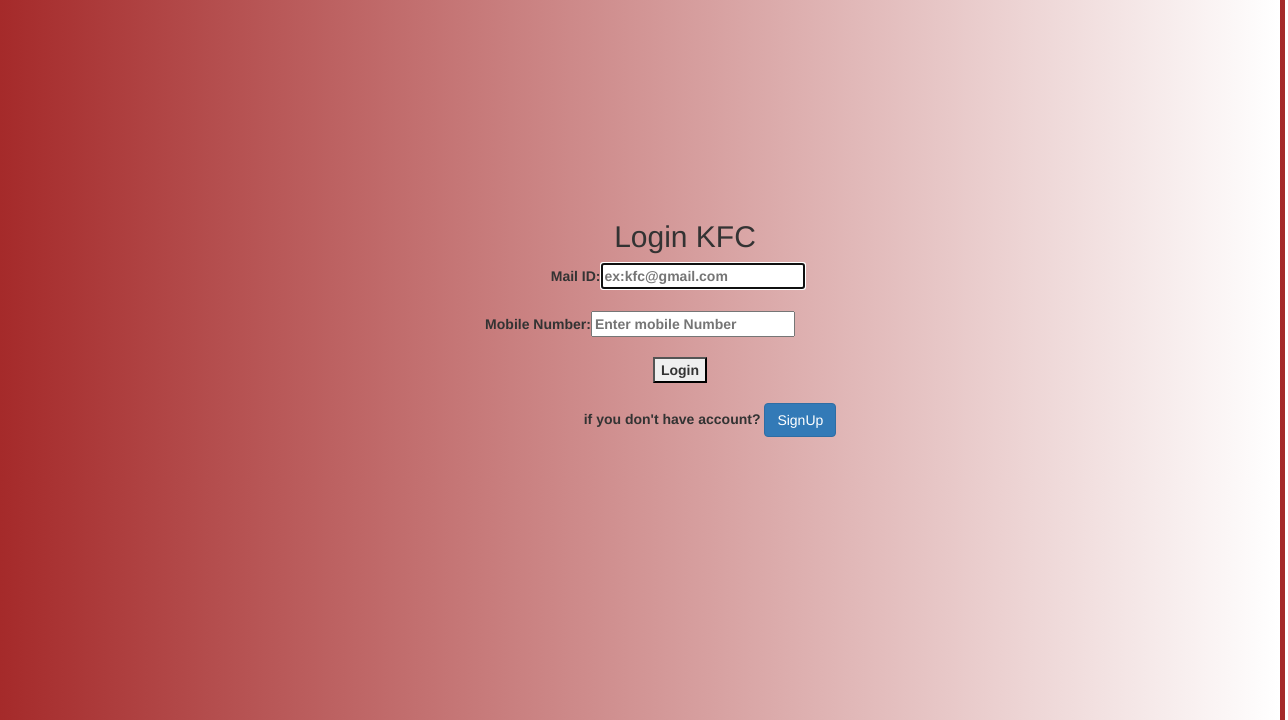
Repository: selvakumar46/Project-Maven
Page: http://localhost/ProjectKFC/login.jsp
The author's editor kept a copy of each file at every save. The page is drawn from the files as they stood at one save, then again after the next save.
The browser window is 1280 px wide. The page is 1285 px wide, then 1288 px, so the pictures cover 1288 px, including what lies to the right of the window. The pictures show the whole page.
Some web libraries are served in a nearby version. The page is served by Tomcat 9. Nobody is signed in. The application's start-up code is not run. Other server files are loaded and not shown.

Above is the page before, as saved 2022-01-20 11:27:49.
Console error (its wording comes from the project's code and is left out).

### ProjectKFC/src/main/webapp/login.jsp
<%@ page language="java" contentType="text/html; charset=ISO-8859-1"
	pageEncoding="ISO-8859-1"%>
<!DOCTYPE html>
<html lang="en">
<head>
<meta charset="UTF-8">
<meta http-equiv="X-UA-Compatible" content="IE=edge">
<meta name="viewport" content="width=device-width, initial-scale=1.0">
<title>Login KFC</title>
<link href="https://cdn.jsdelivr.net/npm/bootstrap@5.1.3/dist/css/bootstrap.min.css" rel="stylesheet">
  <script src="https://cdn.jsdelivr.net/npm/bootstrap@5.1.3/dist/js/bootstrap.bundle.min.js"></script>
 <link href="//maxcdn.bootstrapcdn.com/bootstrap/3.3.0/css/bootstrap.min.css" rel="stylesheet" id="bootstrap-css">
<script src="//maxcdn.bootstrapcdn.com/bootstrap/3.3.0/js/bootstrap.min.js"></script>
<script src="//code.jquery.com/jquery-1.11.1.min.js"></script>
<style>

body {

	background:linear-gradient(to right,brown,white);



}
.container{
	margin-top:170px;
	marigin-botom:0px;

}
h2{
	margin-right:-90px; ;
	margin-top:50px;
}
label {
        display: inline-block;
        width: 165px;
        text-align: right;
        margin-left:-40px; ;
      }
      button {
	margin-right:-80px;
}
a {
margin-right:-140px
}
.exception{
	color:red;
	backround-color:white;
	font-size:15px;
	float:center;
	margin-right:-150px;
}
</style>
</head>
<body>
<div class="container">
<center>

	<form action="login" method="post">


			<h2 align="center" ma >Login KFC</h2>
			<label> <b>Mail ID:</label><input type="email" name="mailId" autofocus required placeholder="ex:kfc@gmail.com"> <br> <br>
			</label>Mobile Number:</label><input type="number" name="mobileNumber" required placeholder="Enter mobile Number"> <br>
			<br>
			<button type="submit" class=" btn-change7">Login</button>

	</form> <br>
	<br> if you don't have account?
	<a  class="btn btn-primary" href="Register.jsp" >SignUp</a> <br> <br> <br>

<%
   if(session.getAttribute("invalidUser") != null){%>
	  <b> <h1 class="exception"><i>Invalid MailId or Password</i></h1></b>

   <%session.removeAttribute("invalidUser"); }
   %>
	</center>
	</div>
</body>
</html>

After the next save:
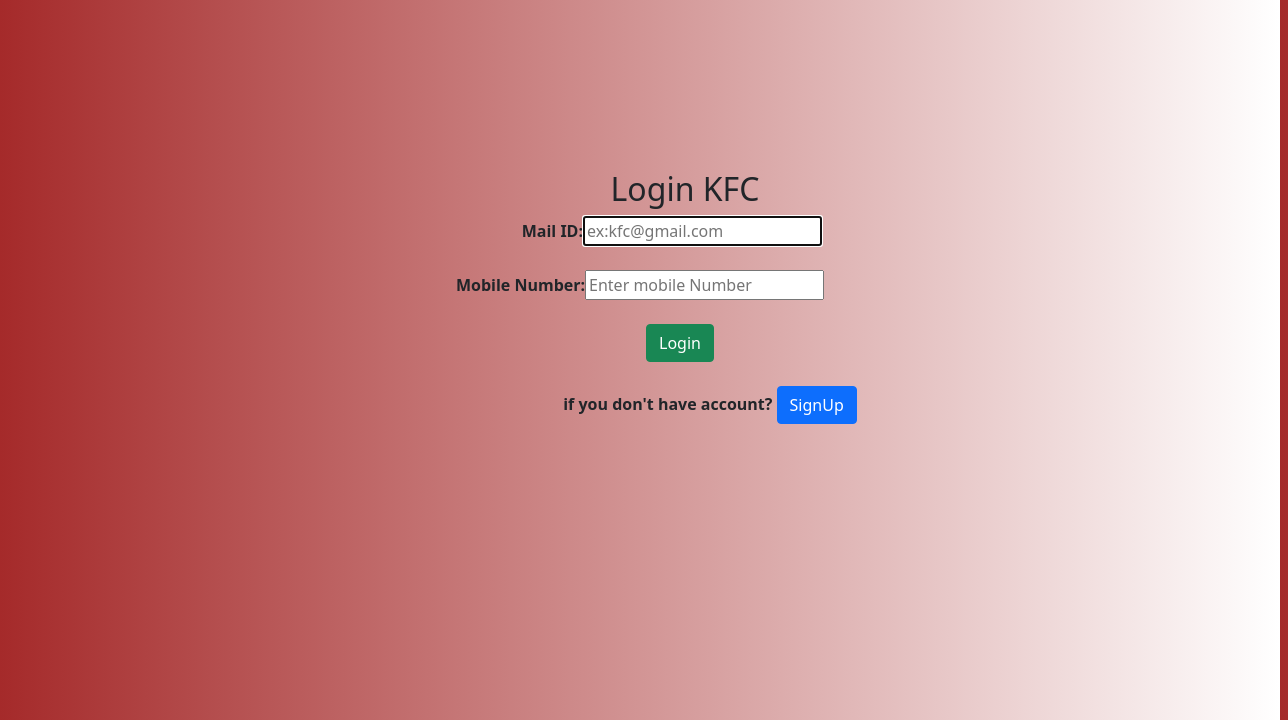
The error is gone.
Saved 8 s later.
--- a/ProjectKFC/src/main/webapp/login.jsp
+++ b/ProjectKFC/src/main/webapp/login.jsp
@@ -9,9 +9,7 @@
 <title>Login KFC</title>
 <link href="https://cdn.jsdelivr.net/npm/bootstrap@5.1.3/dist/css/bootstrap.min.css" rel="stylesheet">
   <script src="https://cdn.jsdelivr.net/npm/bootstrap@5.1.3/dist/js/bootstrap.bundle.min.js"></script>
- <link href="//maxcdn.bootstrapcdn.com/bootstrap/3.3.0/css/bootstrap.min.css" rel="stylesheet" id="bootstrap-css">
-<script src="//maxcdn.bootstrapcdn.com/bootstrap/3.3.0/js/bootstrap.min.js"></script>
-<script src="//code.jquery.com/jquery-1.11.1.min.js"></script>
+
 <style>
 
 body {
@@ -62,7 +60,7 @@
 			<label> <b>Mail ID:</label><input type="email" name="mailId" autofocus required placeholder="ex:kfc@gmail.com"> <br> <br>
 			</label>Mobile Number:</label><input type="number" name="mobileNumber" required placeholder="Enter mobile Number"> <br>
 			<br>
-			<button type="submit" class=" btn-change7">Login</button>
+			<button type="submit" class="btn btn-success btn-change7">Login</button>
 
 	</form> <br>
 	<br> if you don't have account?
